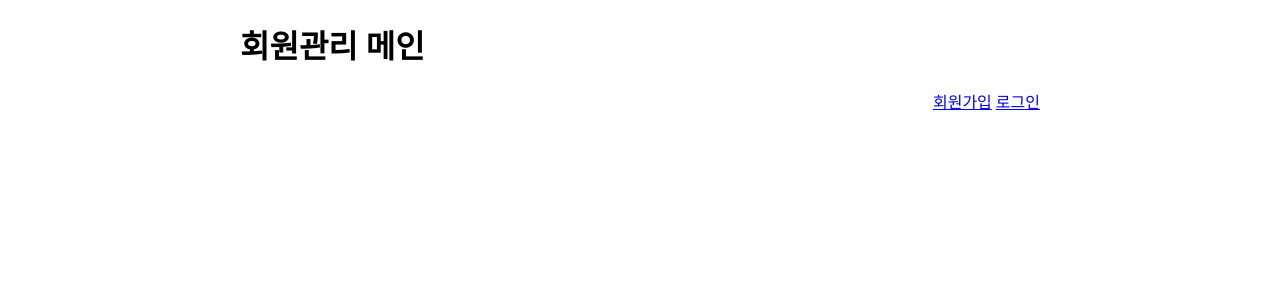
Repository: coolSummer1119/study
Page: http://localhost/ch03_Jsp/ch19_employee/main.jsp
The author's editor kept a copy of each file at every save. The page is drawn from the files as they stood at one save, then again after the next save.
The browser window is 1280 px wide. The pictures show the whole page.
The page is served by Tomcat 9.

Above is the page before, as saved 2024-05-03 00:48:04.

After the next save:
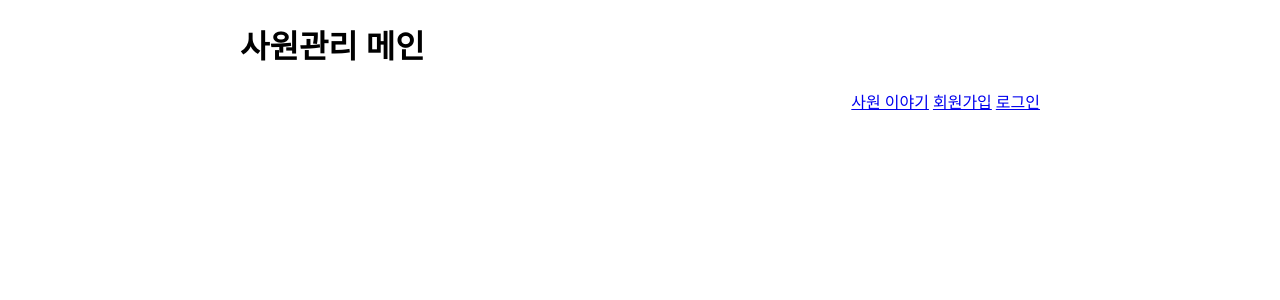
Saved 3 min 6 s later.
--- a/workspace/ch03_Jsp/src/main/webapp/ch19_employee/main.jsp
+++ b/workspace/ch03_Jsp/src/main/webapp/ch19_employee/main.jsp
@@ -4,7 +4,7 @@
 <html>
 <head>
 <meta charset="UTF-8">
-<title>직원관리 메인</title>
+<title>사원관리 메인</title>
 <link rel="stylesheet" href="../CSS/style.css" type="text/css">
 </head>
 <body>
@@ -12,8 +12,9 @@
 	String user_id = (String)session.getAttribute("user_id");
 %>
 <div class="page-main">
-	<h1>회원관리 메인</h1>
+	<h1>사원관리 메인</h1>
 	<div class="align-right">
+		<a href="list.jsp">사원 이야기</a>
 		<%
 			if(user_id==null){//로그인이 되지 않은 경우
 		%>
